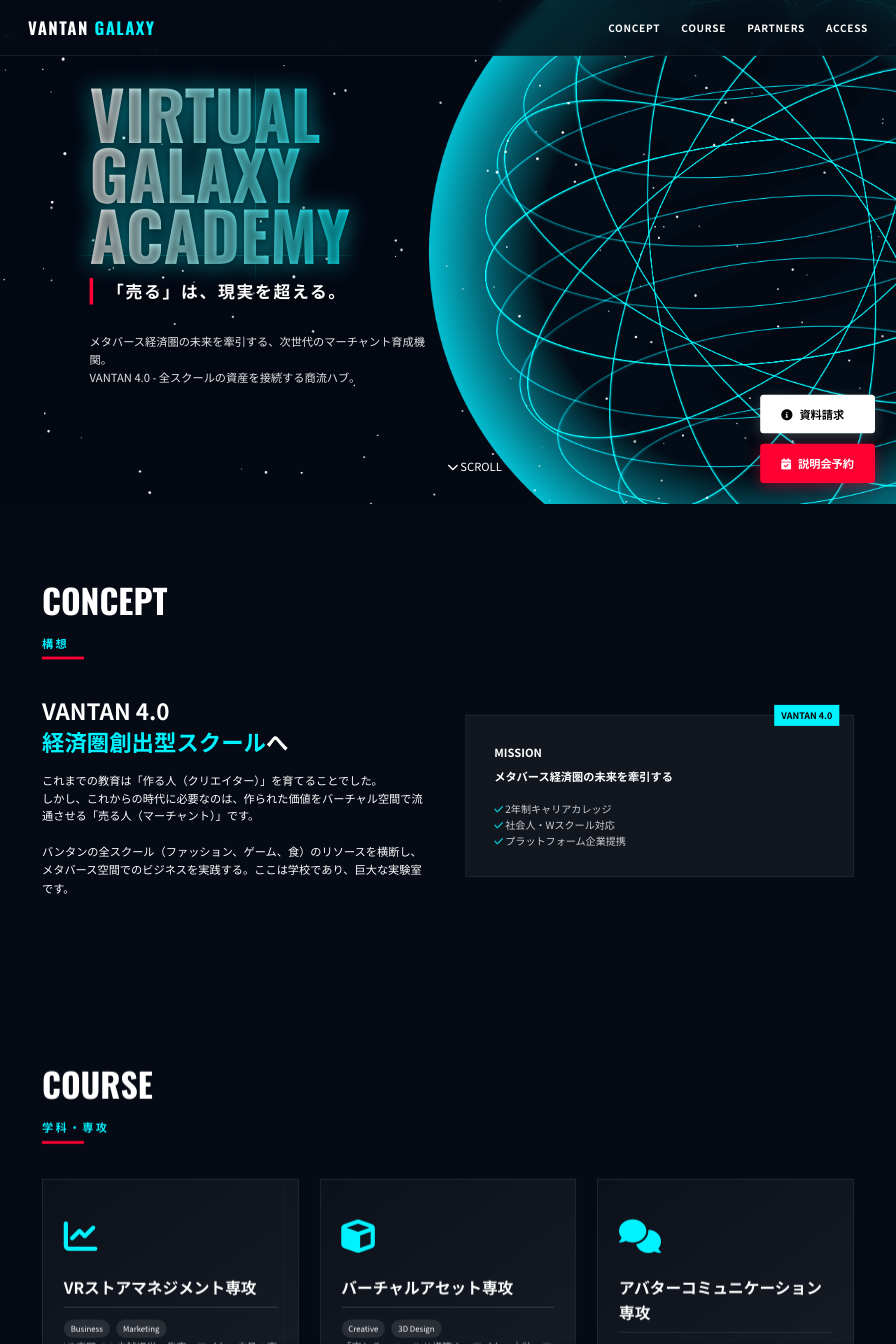
Repository: yu-mi-n/virtual-galaxy-academy-project
Page: index.html
An editor plug-in stored every save of this project. The page is shown before and after the next save, followed by the edit.
The browser window is 1280 px wide. The pictures show the part of the page from y = 0 to 1920 px (the page is 2814 px tall), at 70% of full size.

Above is the page before, as saved 2026-01-21 09:54:48.

### index.html
<!DOCTYPE html>
<html lang="ja">
<head>
    <meta charset="UTF-8">
    <meta name="viewport" content="width=device-width, initial-scale=1.0">
    <title>VANTAN Virtual Galaxy Academy | バーチャルギャラクシーアカデミー</title>
    <link rel="preconnect" href="https://fonts.googleapis.com">
    <link rel="preconnect" href="https://fonts.gstatic.com" crossorigin>
    <link href="https://fonts.googleapis.com/css2?family=Noto+Sans+JP:wght@400;700;900&family=Oswald:wght@400;700&display=swap" rel="stylesheet">
    <link rel="stylesheet" href="https://cdnjs.cloudflare.com/ajax/libs/font-awesome/6.0.0/css/all.min.css">

    <style>
        /* --- CSS VARIABLES & RESET --- */
        :root {
            --color-bg: #050a14; /* Deep Space */
            --color-text: #ffffff;
            --color-accent: #00f2ff; /* Cyan */
            --color-accent-2: #7000ff; /* Purple */
            --color-cta: #ff0033; /* Vantan Red-ish */
            --font-main: 'Noto Sans JP', sans-serif;
            --font-en: 'Oswald', sans-serif;
            --header-height: 80px; /* ヘッダーの高さを定義 */
        }

        * {
            box-sizing: border-box;
            margin: 0;
            padding: 0;
        }

        html {
            /* ★スムーズスクロールの有効化 */
            scroll-behavior: smooth;
        }

        body {
            font-family: var(--font-main);
            background-color: var(--color-bg);
            color: var(--color-text);
            line-height: 1.6;
            overflow-x: hidden;
        }

        a { text-decoration: none; color: inherit; transition: 0.3s; }
        ul { list-style: none; }

        /* --- BACKGROUND EFFECT --- */
        #canvas-bg {
            position: fixed;
            top: 0;
            left: 0;
            width: 100%;
            height: 100%;
            z-index: -1;
            background: radial-gradient(ellipse at bottom, #0b1a36 0%, var(--color-bg) 100%);
        }

        /* --- HEADER --- */
        .header {
            position: fixed;
            top: 0;
            width: 100%;
            height: var(--header-height); /* 高さを固定 */
            padding: 0 40px;
            display: flex;
            justify-content: space-between;
            align-items: center;
            z-index: 1000;
            background: rgba(5, 10, 20, 0.8);
            backdrop-filter: blur(10px);
            border-bottom: 1px solid rgba(255,255,255,0.1);
        }

        .logo {
            font-family: var(--font-en);
            font-size: 1.5rem;
            font-weight: 700;
            letter-spacing: 2px;
            cursor: pointer;
        }
        .logo span { color: var(--color-accent); }

        .nav-menu {
            display: flex;
            gap: 30px;
        }

        .nav-menu a {
            font-size: 0.9rem;
            font-weight: 700;
            letter-spacing: 1px;
            position: relative;
        }

        .nav-menu a:hover { color: var(--color-accent); }

        /* ホバー時の下線アニメーション */
        .nav-menu a::after {
            content: '';
            position: absolute;
            bottom: -5px;
            left: 0;
            width: 0%;
            height: 2px;
            background: var(--color-accent);
            transition: 0.3s;
        }
        .nav-menu a:hover::after { width: 100%; }

        /* --- HERO SECTION --- */
        .hero {
            height: 100vh;
            display: flex;
            flex-direction: column;
            justify-content: center;
            align-items: flex-start;
            text-align: left;
            padding-left: 10%;
            padding-right: 20px;
            position: relative;
            text-shadow: 0 2px 10px rgba(0,0,0,0.5);
            z-index: 1;
        }

        .hero h1 {
            font-family: var(--font-en);
            font-size: 6rem;
            text-transform: uppercase;
            line-height: 0.9;
            margin-bottom: 20px;
            background: linear-gradient(90deg, #fff, var(--color-accent));
            -webkit-background-clip: text;
            -webkit-text-fill-color: transparent;
            filter: drop-shadow(0 0 15px rgba(0, 242, 255, 0.5));
        }

        .hero p {
            font-size: 1.5rem;
            font-weight: 700;
            margin-bottom: 40px;
            letter-spacing: 0.1em;
            border-left: 5px solid var(--color-cta);
            padding-left: 20px;
        }

        .hero .sub-copy {
            font-size: 1rem;
            opacity: 0.9;
            max-width: 500px;
            margin-bottom: 50px;
        }

        .scroll-down {
            position: absolute;
            bottom: 40px;
            left: 50%;
            transform: translateX(-50%);
            animation: bounce 2s infinite;
            cursor: pointer;
        }

        /* --- SECTIONS COMMON --- */
        .section {
            padding: 100px 20px;
            max-width: 1200px;
            margin: 0 auto;
            background: rgba(5, 10, 20, 0.6);
            margin-bottom: 30px;
            border-radius: 10px;
            backdrop-filter: blur(5px);
            position: relative;
            z-index: 1;

            /* ★ヘッダー被り防止のためのスクロール位置調整 */
            scroll-margin-top: 100px;
        }

        .section-title {
            font-family: var(--font-en);
            font-size: 3rem;
            margin-bottom: 60px;
            position: relative;
            display: inline-block;
        }

        .section-title::after {
            content: '';
            position: absolute;
            bottom: -10px;
            left: 0;
            width: 60px;
            height: 4px;
            background: var(--color-cta);
        }

        .section-title span {
            display: block;
            font-size: 1rem;
            font-family: var(--font-main);
            color: var(--color-accent);
            letter-spacing: 0.2em;
            margin-top: 10px;
        }

        /* --- CONCEPT SECTION --- */
        .concept-grid {
            display: grid;
            grid-template-columns: 1fr 1fr;
            gap: 50px;
            align-items: center;
        }

        .concept-text h3 {
            font-size: 2rem;
            margin-bottom: 20px;
            line-height: 1.4;
        }
        .concept-text h3 span { color: var(--color-accent); }

        .concept-card {
            background: rgba(255,255,255,0.05);
            padding: 40px;
            border: 1px solid rgba(255,255,255,0.1);
            position: relative;
        }
        .concept-card::before {
            content: 'VANTAN 4.0';
            position: absolute;
            top: -15px;
            right: 20px;
            background: var(--color-accent);
            color: #000;
            padding: 5px 10px;
            font-weight: 700;
            font-size: 0.8rem;
        }

        /* --- COURSES SECTION --- */
        .course-list {
            display: grid;
            grid-template-columns: repeat(auto-fit, minmax(300px, 1fr));
            gap: 30px;
        }

        .course-card {
            background: linear-gradient(145deg, rgba(255,255,255,0.03), rgba(255,255,255,0.08));
            border: 1px solid rgba(255,255,255,0.1);
            padding: 40px 30px;
            transition: 0.4s;
            position: relative;
            overflow: hidden;
        }

        .course-card:hover {
            transform: translateY(-10px);
            border-color: var(--color-accent);
            box-shadow: 0 10px 30px rgba(0, 242, 255, 0.1);
        }

        .course-icon {
            font-size: 3rem;
            color: var(--color-accent);
            margin-bottom: 20px;
        }

        .course-card h4 {
            font-size: 1.4rem;
            margin-bottom: 15px;
            border-bottom: 1px solid rgba(255,255,255,0.2);
            padding-bottom: 10px;
        }

        .course-card p {
            font-size: 0.9rem;
            opacity: 0.8;
            margin-bottom: 20px;
        }

        .tag {
            display: inline-block;
            background: rgba(255,255,255,0.1);
            padding: 4px 10px;
            font-size: 0.7rem;
            margin-right: 5px;
            border-radius: 20px;
        }

        /* --- STICKY CTA --- */
        .sticky-cta {
            position: fixed;
            bottom: 30px;
            right: 30px;
            display: flex;
            flex-direction: column;
            gap: 15px;
            z-index: 900;
        }

        .btn-cta {
            background: var(--color-cta);
            color: #fff;
            padding: 15px 30px;
            font-weight: 700;
            text-align: center;
            border-radius: 5px;
            box-shadow: 0 5px 20px rgba(255, 0, 51, 0.4);
            display: flex;
            align-items: center;
            gap: 10px;
        }

        .btn-cta:hover {
            background: #ff3355;
            transform: scale(1.05);
        }

        .btn-cta.secondary {
            background: #fff;
            color: #000;
            box-shadow: 0 5px 20px rgba(255, 255, 255, 0.2);
        }

        /* --- FOOTER --- */
        footer {
            background: #000;
            padding: 50px 20px;
            text-align: center;
            font-size: 0.8rem;
            opacity: 0.6;
            margin-top: 50px;
            position: relative; z-index: 1;
        }

        /* --- ANIMATIONS --- */
        @keyframes bounce {
            0%, 20%, 50%, 80%, 100% {transform: translateY(0);}
            40% {transform: translateY(-10px);}
            60% {transform: translateY(-5px);}
        }

        /* Responsive */
        @media (max-width: 768px) {
            .hero { align-items: center; text-align: center; padding-left: 20px; }
            .hero h1 { font-size: 3rem; }
            .hero p { border-left: none; padding-left: 0; }
            .concept-grid { grid-template-columns: 1fr; }
            .header { padding: 15px 20px; }
            .nav-menu { display: none; }
            .sticky-cta { left: 20px; right: 20px; bottom: 20px; flex-direction: row; }
            .btn-cta { flex: 1; justify-content: center; font-size: 0.8rem; padding: 12px; }
        }
    </style>
</head>
<body>

    <canvas id="canvas-bg"></canvas>

    <header class="header">
        <div class="logo" onclick="window.scrollTo({top: 0, behavior: 'smooth'});">VANTAN <span>GALAXY</span></div>
        <nav class="nav-menu">
            <a href="#concept">CONCEPT</a>
            <a href="#course">COURSE</a>
            <a href="#partners">PARTNERS</a>
            <a href="#access">ACCESS</a>
        </nav>
    </header>

    <section class="hero">
        <h1>Virtual<br>Galaxy<br>Academy</h1>
        <p>「売る」は、現実を超える。</p>
        <div class="sub-copy">
            メタバース経済圏の未来を牽引する、次世代のマーチャント育成機関。<br>
            VANTAN 4.0 - 全スクールの資産を接続する商流ハブ。
        </div>
        <a href="#concept" class="scroll-down" style="color:#fff;">
            <i class="fas fa-chevron-down"></i> SCROLL
        </a>
    </section>

    <section class="section" id="concept">
        <h2 class="section-title">CONCEPT <span>構想</span></h2>
        <div class="concept-grid">
            <div class="concept-text">
                <h3>VANTAN 4.0 <br><span>経済圏創出型スクール</span>へ</h3>
                <p>
                    これまでの教育は「作る人（クリエイター）」を育てることでした。<br>
                    しかし、これからの時代に必要なのは、作られた価値をバーチャル空間で流通させる「売る人（マーチャント）」です。<br><br>
                    バンタンの全スクール（ファッション、ゲーム、食）のリソースを横断し、メタバース空間でのビジネスを実践する。ここは学校であり、巨大な実験室です。
                </p>
            </div>
            <div class="concept-card">
                <h4>MISSION</h4>
                <p style="margin-top:10px; font-weight:700;">メタバース経済圏の未来を牽引する</p>
                <ul style="margin-top:20px; opacity:0.8; font-size:0.9rem;">
                    <li><i class="fas fa-check" style="color:var(--color-accent)"></i> 2年制キャリアカレッジ</li>
                    <li><i class="fas fa-check" style="color:var(--color-accent)"></i> 社会人・Wスクール対応</li>
                    <li><i class="fas fa-check" style="color:var(--color-accent)"></i> プラットフォーム企業提携</li>
                </ul>
            </div>
        </div>
    </section>

    <section class="section" id="course">
        <h2 class="section-title">COURSE <span>学科・専攻</span></h2>
        <div class="course-list">
            <div class="course-card">
                <div class="course-icon"><i class="fas fa-chart-line"></i></div>
                <h4>VRストアマネジメント専攻</h4>
                <div class="tags">
                    <span class="tag">Business</span>
                    <span class="tag">Marketing</span>
                </div>
                <p>VR空間での店舗経営、集客、アバター店員の育成など、ストア運営のすべてを学ぶ。</p>
            </div>
            <div class="course-card">
                <div class="course-icon"><i class="fas fa-cube"></i></div>
                <h4>バーチャルアセット専攻</h4>
                <div class="tags">
                    <span class="tag">Creative</span>
                    <span class="tag">3D Design</span>
                </div>
                <p>「売れる」ワールド構築や、アバター衣装・アイテムの商品開発スキルを習得する。</p>
            </div>
            <div class="course-card">
                <div class="course-icon"><i class="fas fa-comments"></i></div>
                <h4>アバターコミュニケーション専攻</h4>
                <div class="tags">
                    <span class="tag">Service</span>
                    <span class="tag">Psychology</span>
                </div>
                <p>アバターを介した高度な接客術やコミュニティマネジメント、広報戦略を学ぶ。</p>
            </div>
        </div>
    </section>

    <section class="section" id="partners" style="text-align:center; min-height:300px; display:flex; flex-direction:column; justify-content:center;">
        <h2 class="section-title" style="margin-bottom:30px;">PARTNERS <span>提携企業</span></h2>
        <p style="opacity:0.7;">Coming Soon...</p>
    </section>

    <footer id="access">
        <div style="margin-bottom:20px;">
            <h4 style="font-family:var(--font-en); margin-bottom:10px;">ACCESS</h4>
            <p>〇〇, XX, △△...</p>
        </div>
        <p>&copy; 2026 yuito <br> Virtual Galaxy Academy Project（仮）</p>
    </footer>

    <div class="sticky-cta">
        <a href="#" class="btn-cta secondary">
            <i class="fas fa-info-circle"></i> 資料請求
        </a>
        <a href="#" class="btn-cta">
            <i class="fas fa-calendar-check"></i> 説明会予約
        </a>
    </div>

    <script>
        const canvas = document.getElementById('canvas-bg');
        const ctx = canvas.getContext('2d');

        let width, height;
        let particles = [];
        let stars = [];
        let earthRotation = 0;

        function resize() {
            width = canvas.width = window.innerWidth;
            height = canvas.height = window.innerHeight;
            initStars();
        }
        window.addEventListener('resize', resize);

        class Star {
            constructor() {
                this.x = Math.random() * width;
                this.y = Math.random() * height;
                this.size = Math.random() * 1.5 + 0.5;
                this.baseAlpha = Math.random() * 0.6 + 0.2;
                this.alpha = this.baseAlpha;
                this.blinkSpeed = Math.random() * 0.02 + 0.005;
                this.blinkDir = Math.random() > 0.5 ? 1 : -1;
            }
            update() {
                this.alpha += this.blinkSpeed * this.blinkDir;
                if (this.alpha >= 1 || this.alpha <= this.baseAlpha * 0.5) {
                    this.blinkDir *= -1;
                }
            }
            draw() {
                ctx.fillStyle = `rgba(255, 255, 255, ${this.alpha})`;
                ctx.beginPath();
                ctx.arc(this.x, this.y, this.size, 0, Math.PI * 2);
                ctx.fill();
            }
        }

        function initStars() {
            stars = [];
            for (let i = 0; i < 150; i++) {
                stars.push(new Star());
            }
        }

        class Particle {
            constructor() {
                this.x = Math.random() * width;
                this.y = Math.random() * height;
                this.vx = (Math.random() - 0.5) * 0.3;
                this.vy = (Math.random() - 0.5) * 0.3;
                this.size = Math.random() * 2 + 1;
            }
            update() {
                this.x += this.vx;
                this.y += this.vy;
                if (this.x < 0 || this.x > width) this.vx *= -1;
                if (this.y < 0 || this.y > height) this.vy *= -1;
            }
            draw() {
                ctx.fillStyle = 'rgba(0, 242, 255, 0.7)';
                ctx.beginPath();
                ctx.arc(this.x, this.y, this.size, 0, Math.PI * 2);
                ctx.fill();
            }
        }

        for (let i = 0; i < 50; i++) {
            particles.push(new Particle());
        }

        function drawCyberEarth() {
            const earthRadius = Math.min(width, height) * 0.55;
            const centerX = width * 0.85;
            const centerY = height * 0.5;

            ctx.save();
            ctx.translate(centerX, centerY);
            ctx.rotate(-0.4);
            ctx.rotate(earthRotation);

            ctx.strokeStyle = 'rgba(0, 242, 255, 0.2)';
            ctx.lineWidth = 1;

            for (let i = 0; i <= 10; i++) {
                ctx.beginPath();
                let y = -earthRadius + (earthRadius * 2 / 10) * i;
                let radiusAtY = Math.sqrt(earthRadius * earthRadius - y * y);
                ctx.ellipse(0, y, radiusAtY, radiusAtY * 0.4, 0, 0, Math.PI * 2);
                ctx.stroke();
            }

            for (let i = 0; i < 12; i++) {
                ctx.beginPath();
                ctx.rotate(Math.PI / 6);
                ctx.ellipse(0, 0, earthRadius, earthRadius * 0.4, 0, 0, Math.PI * 2);
                ctx.stroke();
            }

            let gradient = ctx.createRadialGradient(0, 0, earthRadius * 0.8, 0, 0, earthRadius * 1.2);
            gradient.addColorStop(0, 'rgba(0, 242, 255, 0)');
            gradient.addColorStop(1, 'rgba(0, 242, 255, 0.15)');
            ctx.fillStyle = gradient;
            ctx.beginPath();
            ctx.arc(0, 0, earthRadius * 1.2, 0, Math.PI * 2);
            ctx.fill();

            ctx.restore();
            earthRotation += 0.001;
        }

        function animate() {
            ctx.fillStyle = 'rgba(5, 10, 20, 0.2)';
            ctx.fillRect(0, 0, width, height);

            stars.forEach(s => { s.update(); s.draw(); });

            ctx.globalCompositeOperation = 'lighter';
            drawCyberEarth();
            ctx.globalCompositeOperation = 'source-over';

            ctx.lineWidth = 0.5;
            for (let i = 0; i < particles.length; i++) {
                particles[i].update();

                for (let j = i; j < particles.length; j++) {
                    const dx = particles[i].x - particles[j].x;
                    const dy = particles[i].y - particles[j].y;
                    const dist = Math.sqrt(dx*dx + dy*dy);

                    if (dist < 150) {
                        ctx.strokeStyle = `rgba(0, 242, 255, ${1 - dist/150})`;
                        ctx.beginPath();
                        ctx.moveTo(particles[i].x, particles[i].y);
                        ctx.lineTo(particles[j].x, particles[j].y);
                        ctx.stroke();
                    }
                }
            }
            requestAnimationFrame(animate);
        }

        resize();
        animate();
    </script>
</body>
</html>

After the next save:
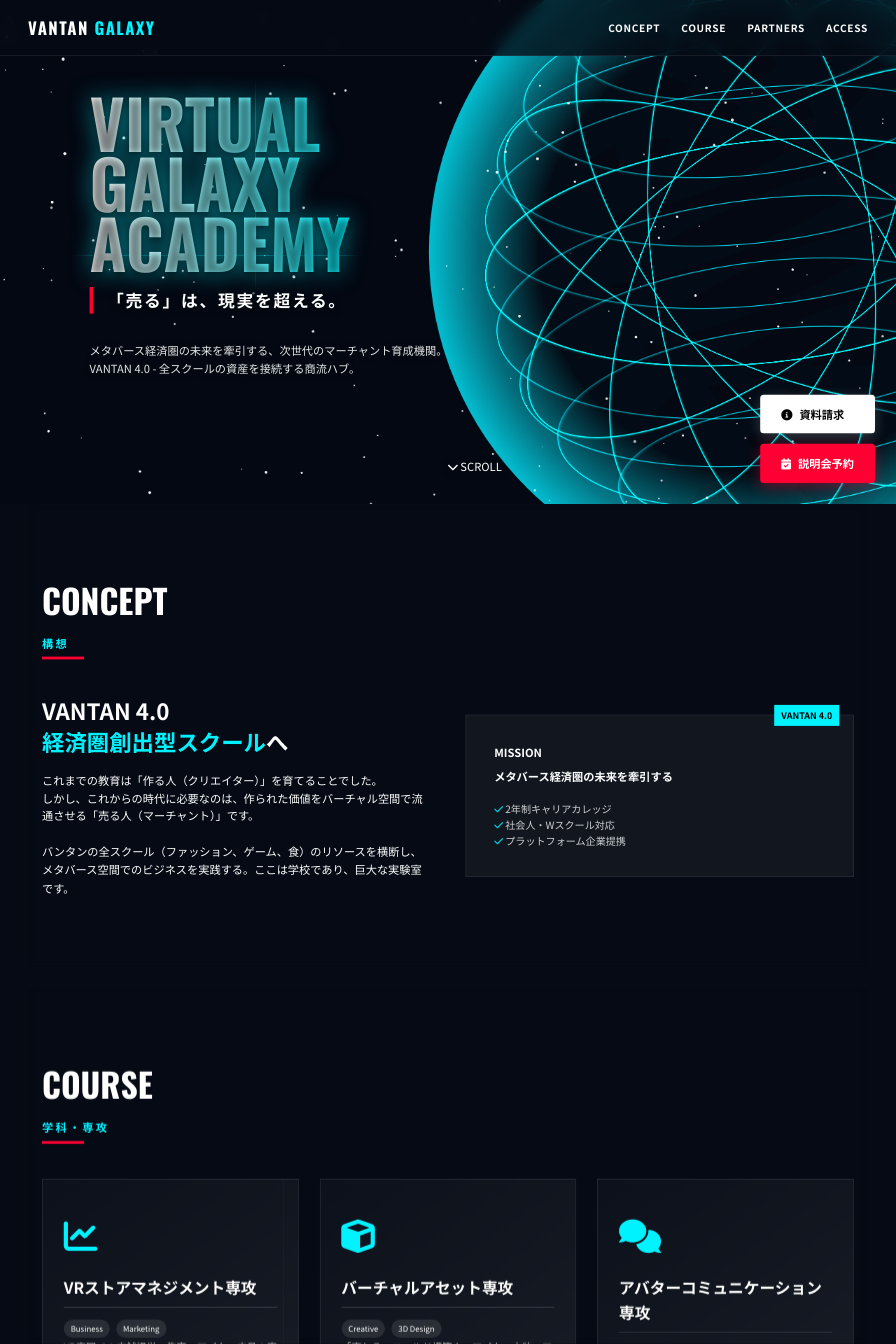
Saved 18 s later.
--- a/index.html
+++ b/index.html
@@ -146,7 +146,7 @@
         .hero .sub-copy {
             font-size: 1rem;
             opacity: 0.9;
-            max-width: 500px;
+            max-width: 520px;
             margin-bottom: 50px;
         }
 
